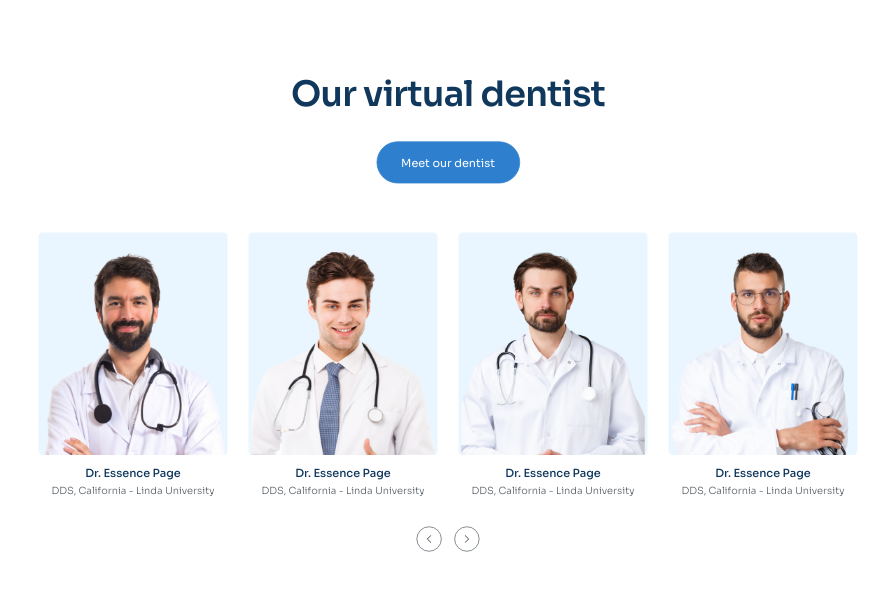
Repository: Tran-Dat/F8_Project_03
Page: index.html
These files come from the project's save history. The page is drawn as it stood at one moment and after the next save; the edit follows.
The browser window is 1280 px wide. The pictures show the part of the page from y = 3430 to 5350 px (the page is 4303 px tall before and 5350 px after), at 70% of full size.

Above is the page before, as saved 2023-04-03 17:25:22.

After the next save:
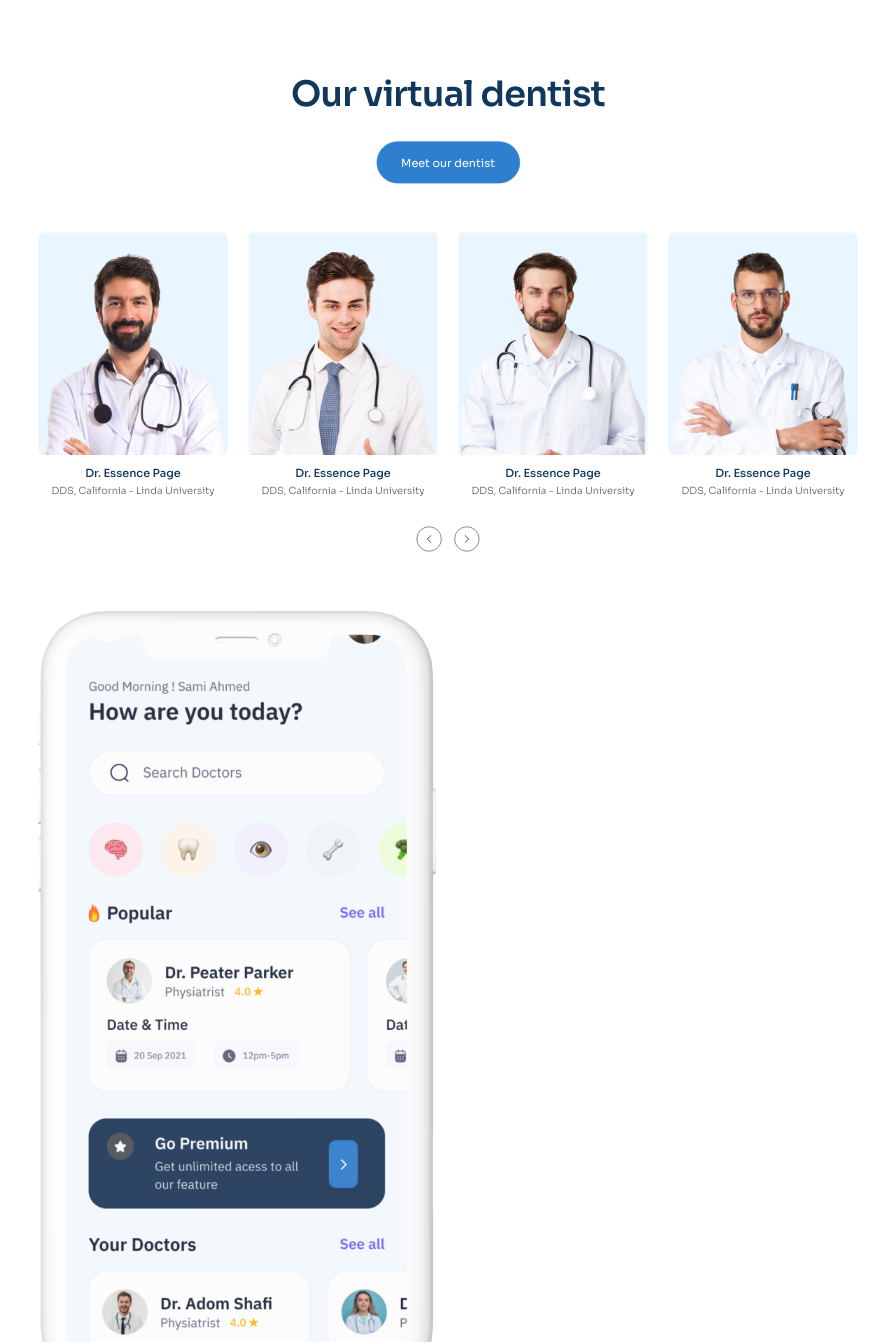
Saved 15 h 31 min later.
--- a/index.html
+++ b/index.html
@@ -506,6 +506,21 @@
                     </div>
                 </div>
             </section>
+
+            <!-- Install App -->
+            <section class="install">
+                <div class="container">
+                    <div class="install__inner">
+                        <figure>
+                            <img
+                                src="./assets/img/mobile-app.png"
+                                alt="mobile-app"
+                                class="install__img"
+                            />
+                        </figure>
+                    </div>
+                </div>
+            </section>
         </main>
     </body>
 </html>
